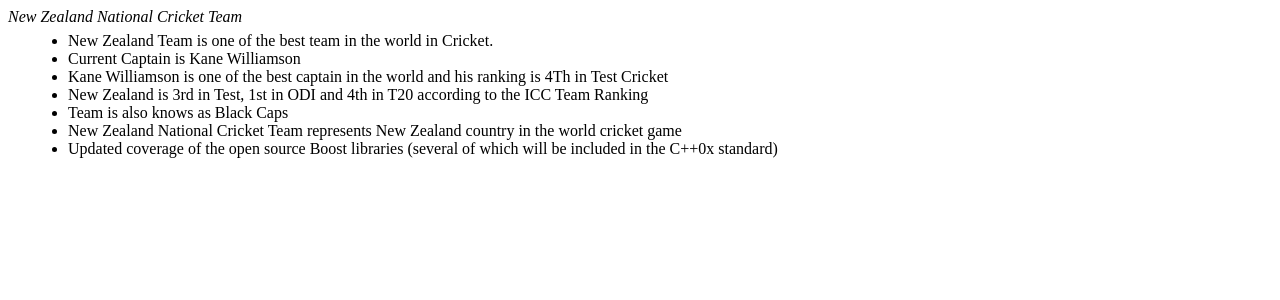
Repository: devanshudave1901/DevanshuDave_Sec002_ICE-05
Page: InfoFiles/newZealandCricket.html
These files come from the project's save history. The page is drawn as it stood at one moment and after the next save; the edit follows.
The browser window is 1280 px wide. The pictures show the whole page.

Above is the page before, as saved 2022-03-20 21:06:20.

After the next save:
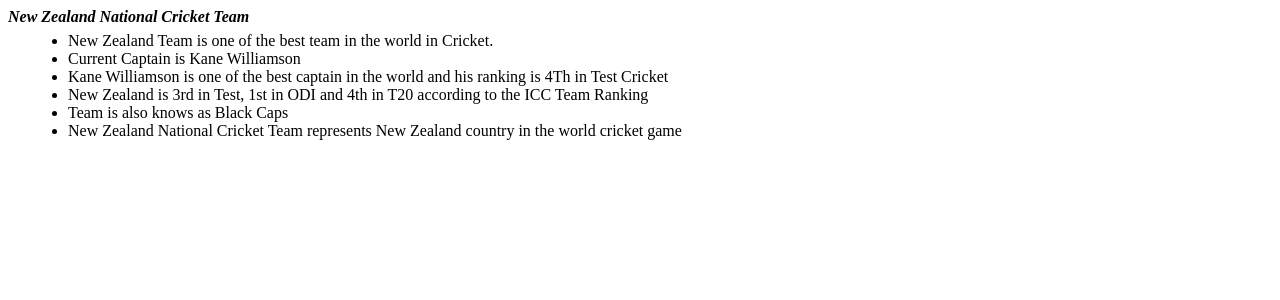
Saved 20 s later.
--- a/InfoFiles/newZealandCricket.html
+++ b/InfoFiles/newZealandCricket.html
@@ -7,13 +7,12 @@
 </head>
 <body>
 <div>
-<i>New Zealand National Cricket Team</i><ul style="margin: 6px 0px 6px 20px; text-indent: 0pt;"> <li> New Zealand Team is one of the best team in the world in Cricket.
+<b><i>New Zealand National Cricket Team</i></b><ul style="margin: 6px 0px 6px 20px; text-indent: 0pt;"> <li> New Zealand Team is one of the best team in the world in Cricket.
 <li >Current Captain is </b> Kane Williamson</li
 ><li > Kane Williamson is one of the best captain in the world and his ranking is 4Th in Test Cricket </li>
 <li>New Zealand is 3rd in  Test, 1st in ODI and 4th in T20 according to the ICC Team Ranking</li>
 <li>Team is also knows as Black Caps</li>
 <li >New Zealand National Cricket Team represents New Zealand country in the world cricket game </li>
-<li>Updated coverage of the <a >open source</a> Boost libraries (several of which will be included in the C++0x standard)</li></ul>
 </div>
 </body>
 </html>
